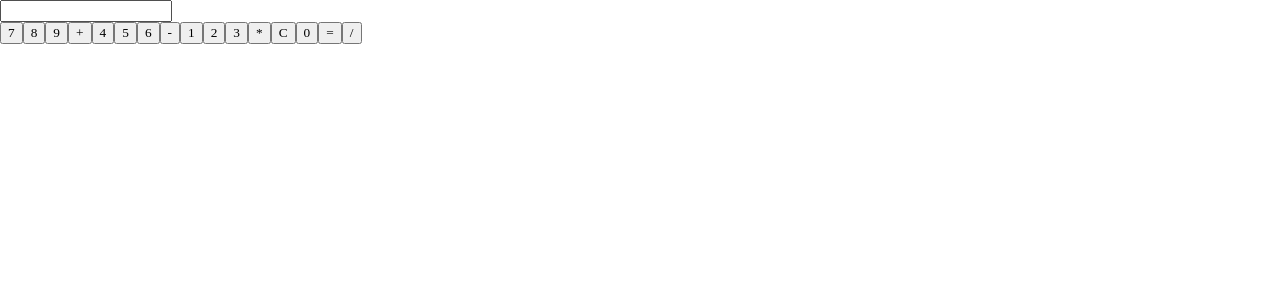
Repository: rajratangm/xcalculator
Page: /
These files come from the project's save history. The page is drawn as it stood at one moment and after a run of saves; the edit follows.
The browser window is 1280 px wide. The pictures show the whole page.
The project was rebuilt for these pictures with package versions that can differ from the ones it lists, and the page was loaded fresh each time. Also part of the build but not shown: vite.config.js.

Above is the page before, as saved 2024-04-03 11:02:19.

### src/App.js
import logo from './logo.svg';
import './App.css';
import { useState } from 'react';

function App() {
  const [result, setResult]= useState('')
  return (
    <>
    <div className='container'>
      <form>
        <input type='text' value={result}/>
      </form>
      <div className='keypad'>
        <button>7</button>
        <button>8</button>
        <button>9</button>
        <button>+</button>

        <button>4</button>
        <button>5</button>
        <button>6</button>
        <button>-</button>

        <button>1</button>
        <button>2</button>
        <button>3</button>
        <button>*</button>

        <button>C</button>
        <button>0</button>
        <button>=</button>
        <button>/</button>

      </div>
    </div>

    </>
  );
}

export default App;

### src/App.css
*{
  font-family: 'Robot', 'sans-serif';
  font-size: ;

}

Loaded but not shown: public/index.html (common file); src/index.js (common file); src/index.css (common file); src/reportWebVitals.js (common file)

After the next 2 saves:
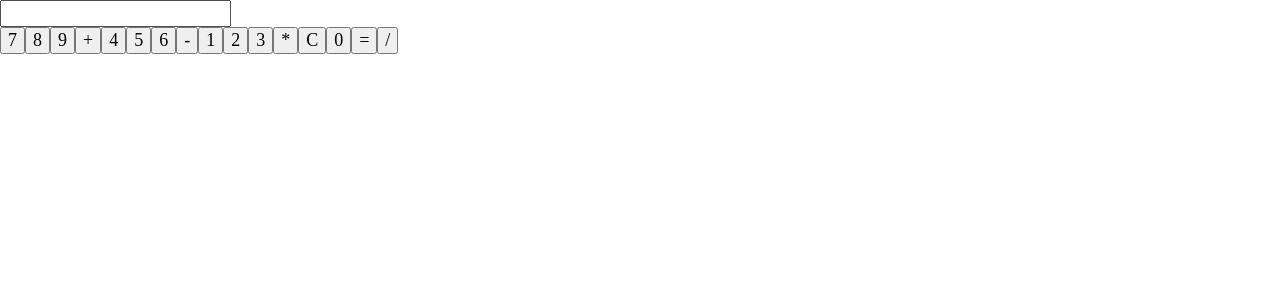
The 2 saves are shown as one change because they came seconds apart.
The last was saved 7 s later.
--- a/src/App.css
+++ b/src/App.css
@@ -1,5 +1,6 @@
 *{
   font-family: 'Robot', 'sans-serif';
-  font-size: ;
+  font-size: 18px;
+
 
 }
